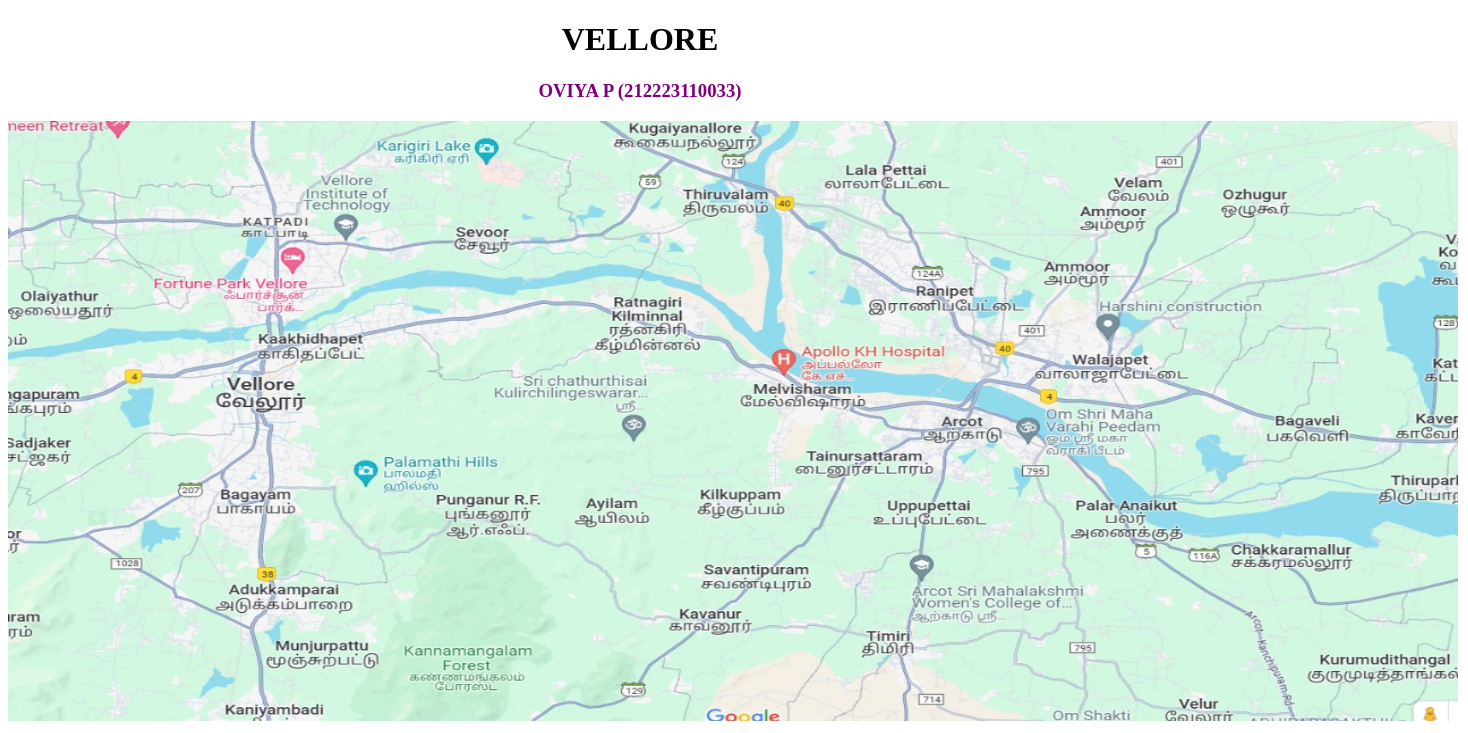
Repository: Oviya24032K6/NearMe
Page: ovi/surveyapp/static/map.html
An editor plug-in stored every save of this project. The page is shown before and after the next save, followed by the edit.
The browser window is 1280 px wide. The page is 1458 px wide, then 1468 px, so the pictures cover 1468 px, including what lies to the right of the window. The pictures show the whole page.

Above is the page before, as saved 2024-03-25 22:17:43.

### ovi/surveyapp/static/map.html
<!DOCTYPE html>
<html lang="en">
    <head>
        <title> NATIVE PLACE</title>
    </head>
</html>
<body>
    <h1 align="center">
        <font color="black"><b>VELLORE</b></font>
    </h1>
    <h3 align="center">
        <font color="purple"><b> OVIYA P (212223110033)</b></font>
    </h3>
    <!-- Image Map Generated by c:\Users\poviy\Music\map1.jpg-->
    <img src="destination.jpg"  height="600" width="1450" usemap="#image-map">
    <map name="image-map">
        <area target="_blank" alt="VIT UNIVERSITY" title="VIT UNIVERSITY" href="VIT UNIVERSITY.html" coords="1204,937,950,805" shape="rect">
        <area target="_blank" alt="VELLORE FORT" title="VELLORE FORT" href="VELLORE FORT.html" coords="1637,383,1364,255" shape="rect">
        <area target="_blank" alt="GOLDEN TEMPLE" title="GOLDEN TEMPLE" href="GOLDEEN TEMP.html" coords="938,683,111" shape="circle">
        <area target="_blank" alt="NTTF VELLORE" title="NTTF VELLORE" href="NTTF VELLORE.html" coords="141,839,289,833,291,931,149,921" shape="poly">
        <area target="_blank" alt="PALAMATHI HILLS" title="PALAMATHI HILLS" href="PALAMATHI HILLS.html" coords="1024,92,128" shape="circle">
    </map>
    <html>

After the next save:
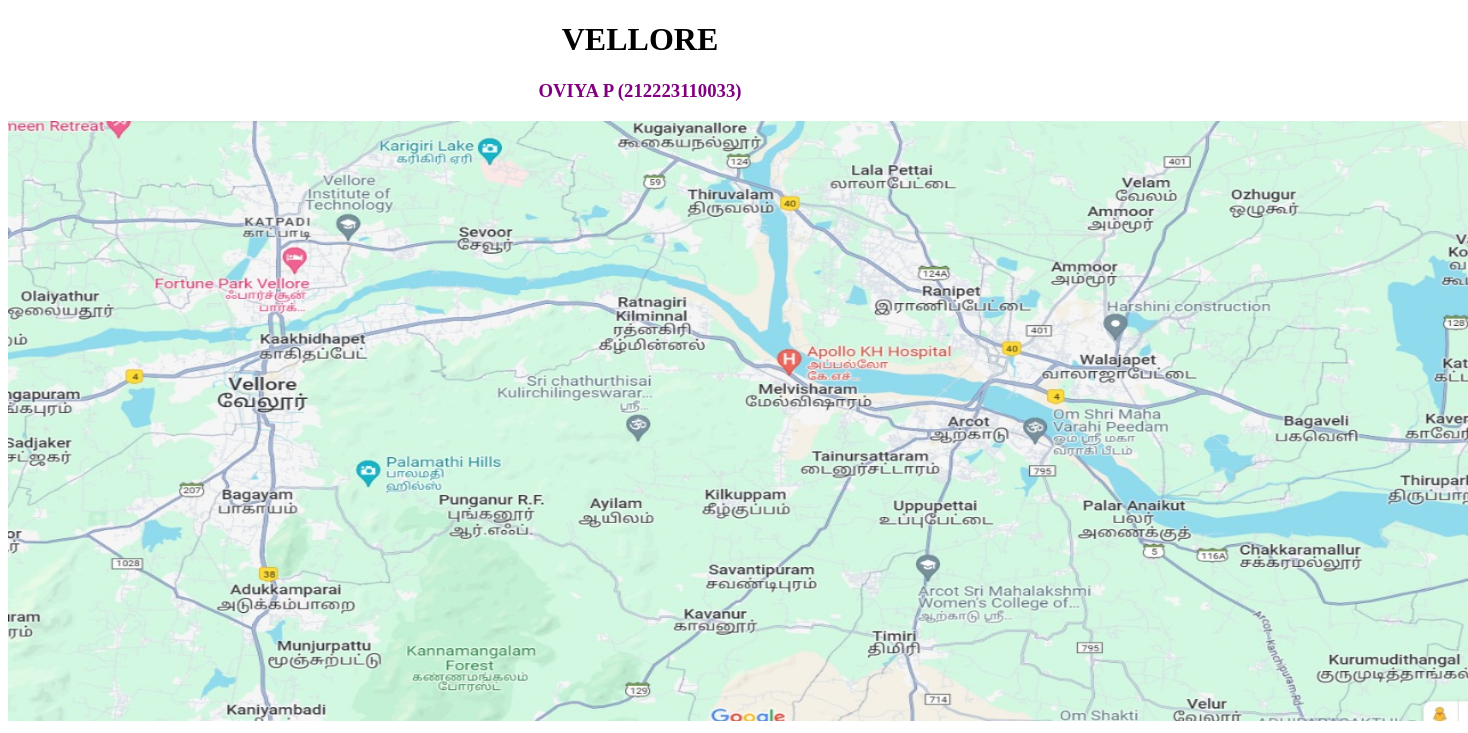
Saved 10 s later.
--- a/ovi/surveyapp/static/map.html
+++ b/ovi/surveyapp/static/map.html
@@ -12,7 +12,7 @@
         <font color="purple"><b> OVIYA P (212223110033)</b></font>
     </h3>
     <!-- Image Map Generated by c:\Users\poviy\Music\map1.jpg-->
-    <img src="destination.jpg"  height="600" width="1450" usemap="#image-map">
+    <img src="destination.jpg"  height="600" width="1460" usemap="#image-map">
     <map name="image-map">
         <area target="_blank" alt="VIT UNIVERSITY" title="VIT UNIVERSITY" href="VIT UNIVERSITY.html" coords="1204,937,950,805" shape="rect">
         <area target="_blank" alt="VELLORE FORT" title="VELLORE FORT" href="VELLORE FORT.html" coords="1637,383,1364,255" shape="rect">
